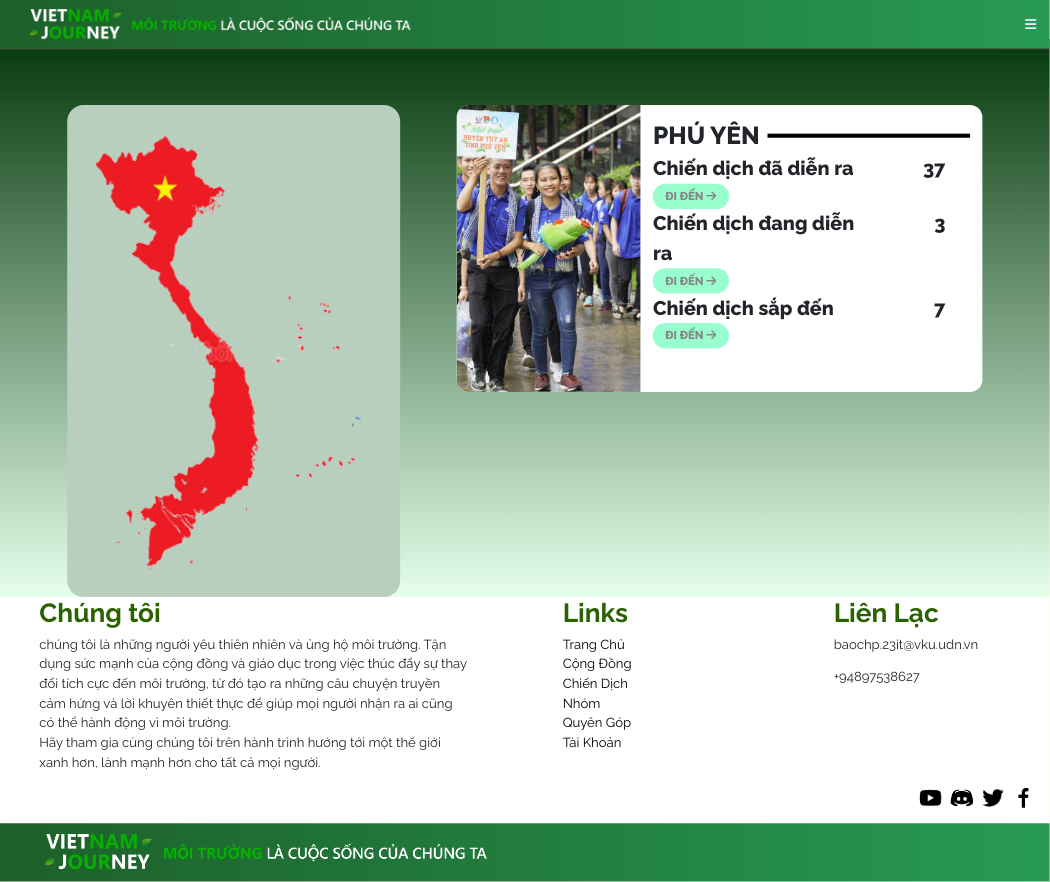
Repository: Boima12/Boima12.github.io_VietnamJourney
Page: HTML/ChienDich/ChienDich.html
The author's editor kept a copy of each file at every save. The page is drawn from the files as they stood at one save, then again after the next save.
The browser window is 1280 px wide. The pictures show the whole page, at 82% of full size.

Above is the page before, as saved 2024-05-25 08:04:02.

After the next save:
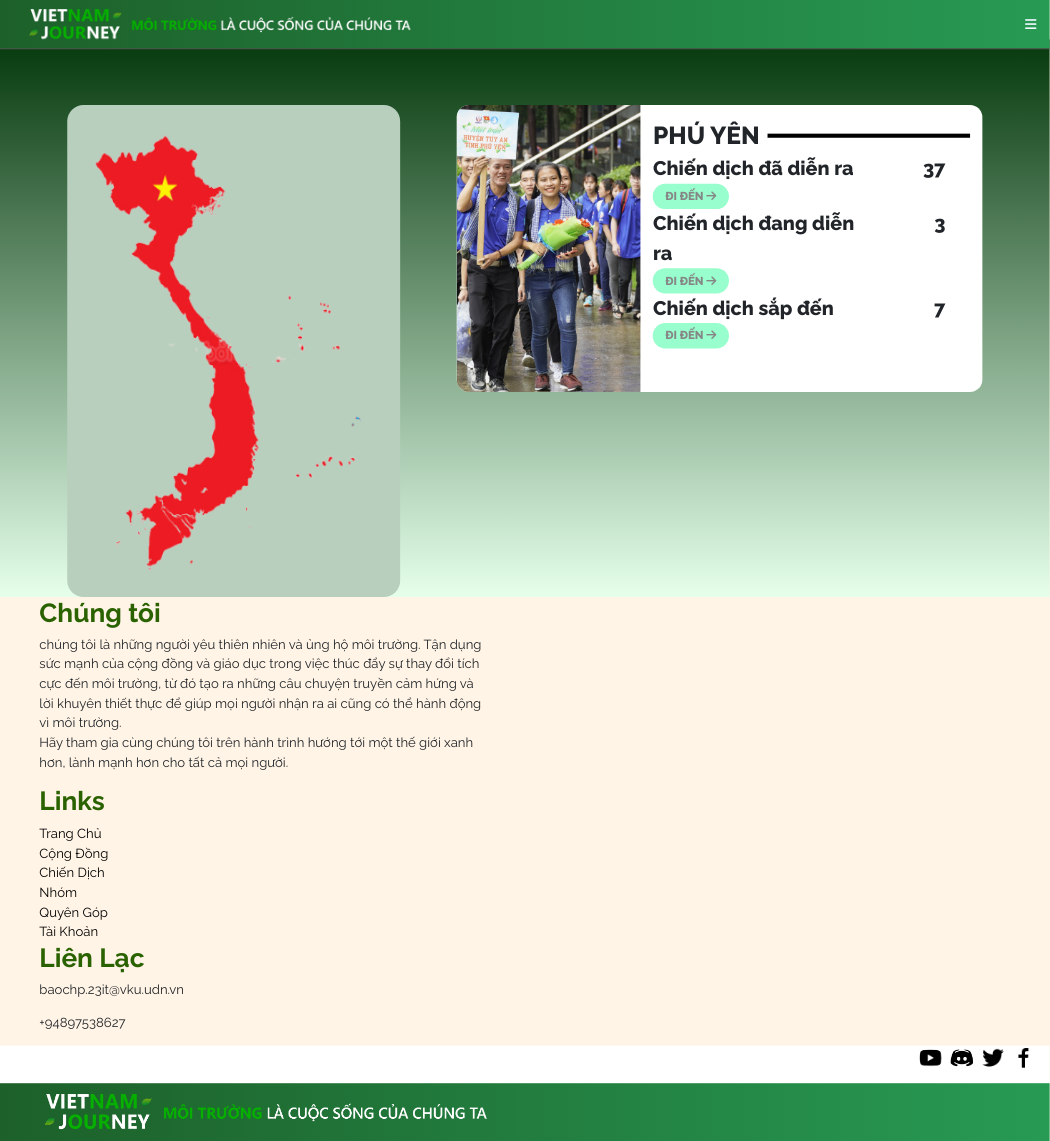
Saved 18 s later.
--- a/HTML/ChienDich/ChienDich.css
+++ b/HTML/ChienDich/ChienDich.css
@@ -275,6 +275,8 @@
     margin-right: 30px;
 }
 
+.right .content .inner-content .part
+
 /* END SECTION-ONE */
 
 

After the 3 saves that followed:
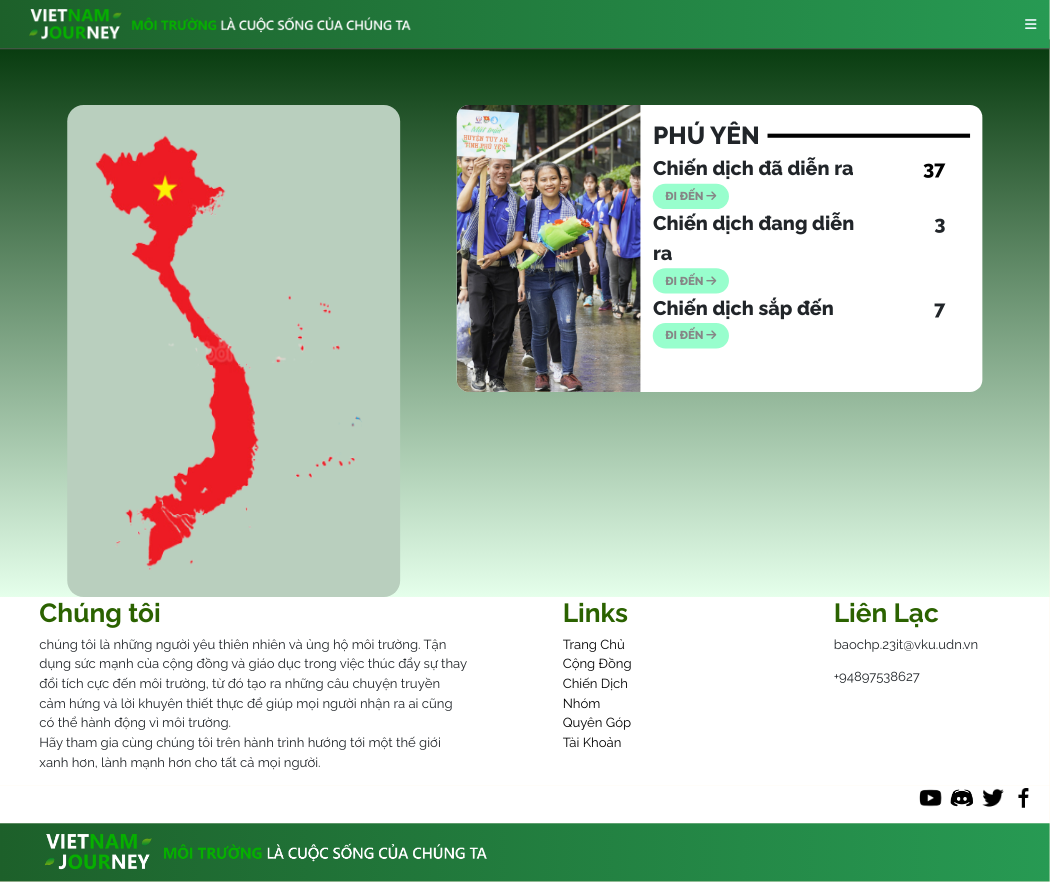
The 3 saves are shown as one change because they came seconds apart.
The last was saved 12 s later.
--- a/HTML/ChienDich/ChienDich.css
+++ b/HTML/ChienDich/ChienDich.css
@@ -275,7 +275,9 @@
     margin-right: 30px;
 }
 
-.right .content .inner-content .part
+.right .content .inner-content .part .red {
+    color: #000000;
+}
 
 /* END SECTION-ONE */
 
